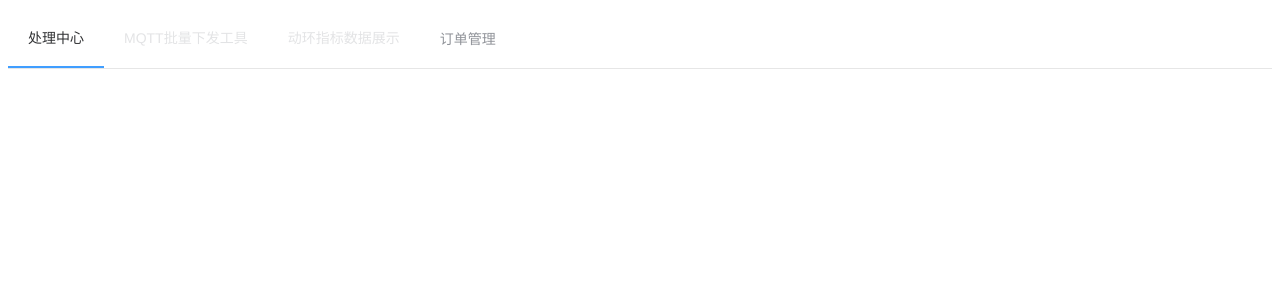
Repository: faintout/BHMQTTSendTool
Page: /
An editor plug-in stored every save of this project. The page is shown before and after the next save, followed by the edit.
The browser window is 1280 px wide. The pictures show the whole page.
The project was rebuilt for these pictures with package versions that can differ from the ones it lists, and the page was loaded fresh each time. Also part of the build but not shown: vue.config.js, src/views/MqttSendTool.vue, src/views/MovingInfoShow.vue.

Above is the page before, as saved 2020-09-03 14:02:09.

### public/index.html
<!DOCTYPE html>
<html lang="en">
  <head>
    <meta charset="utf-8">
    <meta http-equiv="X-UA-Compatible" content="IE=edge">
    <meta name="viewport" content="width=device-width,initial-scale=1.0">
    <link rel="stylesheet" href="">
    <title></title>
  </head>
  <body>
    <div id="app">

    </div>
    <!-- built files will be auto injected -->
  </body>
</html>

### src/main.js
import Vue from 'vue'
import App from './App.vue'
import router from './router'
import $ from 'jquery'
import ElementUi from 'element-ui'
import 'element-ui/lib/theme-chalk/index.css'
import 'element-ui/lib/theme-chalk/reset.css'

Vue.config.productionTip = false
Vue.use(ElementUi)
new Vue({
  router,
  render: h => h(App)
}).$mount('#app')

### src/router/index.js
import Vue from 'vue'
import VueRouter from 'vue-router'
import MqttSendTool from '../views/MqttSendTool.vue'
import MovingInfoShow from '../views/MovingInfoShow.vue'
import layout from '../views/layout.vue'

Vue.use(VueRouter)

  const routes = [
  {
    path: '/MqttSendTool',
    name: 'MqttSendTool',
    component: MqttSendTool
  },
  {
    path: '/',
    name: 'layout',
    component: layout
  },
  {
    path: '/',
    name: 'MovingInfoShow',
    component: MovingInfoShow
  },
]

const router = new VueRouter({
  routes
})

export default router

### src/views/layout.vue
<template>
    <div>
        <el-menu :default-active="activeIndex" class="el-menu-demo" mode="horizontal" @select="handleSelect">
            <el-menu-item index="1">处理中心</el-menu-item>
            <el-menu-item index="2" disabled>MQTT批量下发工具</el-menu-item>
            <el-menu-item index="3" disabled>动环指标数据展示</el-menu-item>
            <el-menu-item index="4"><a href="https://www.ele.me" target="_blank">订单管理</a></el-menu-item>
        </el-menu>
    </div>
</template>

<script>
    export default {
        components: {},
        data() {
            return {
                activeIndex: '1',
                activeIndex2: '1'
            }
        },
        watch: {},
        computed: {},
        methods: {
            handleSelect(key, keyPath) {
                console.log(key, keyPath);
            }
        },
        mounted() {},
        created() {},
    }
</script>
<style lang="less" scoped>
</style>

Loaded but not shown: src/App.vue (common file)

After the next save:
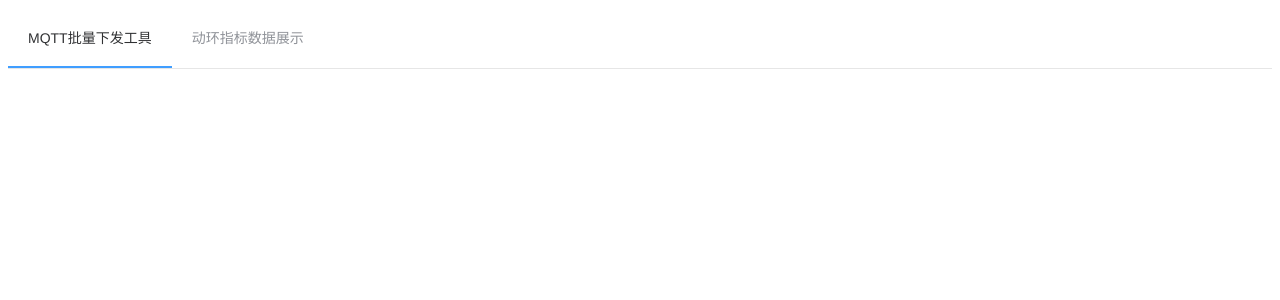
Saved 14 s later.
--- a/src/views/layout.vue
+++ b/src/views/layout.vue
@@ -1,10 +1,9 @@
 <template>
     <div>
         <el-menu :default-active="activeIndex" class="el-menu-demo" mode="horizontal" @select="handleSelect">
-            <el-menu-item index="1">处理中心</el-menu-item>
-            <el-menu-item index="2" disabled>MQTT批量下发工具</el-menu-item>
-            <el-menu-item index="3" disabled>动环指标数据展示</el-menu-item>
-            <el-menu-item index="4"><a href="https://www.ele.me" target="_blank">订单管理</a></el-menu-item>
+            <!-- <el-menu-item index="1">处理中心</el-menu-item> -->
+            <el-menu-item index="1" >MQTT批量下发工具</el-menu-item>
+            <el-menu-item index="2" >动环指标数据展示</el-menu-item>
         </el-menu>
     </div>
 </template>
